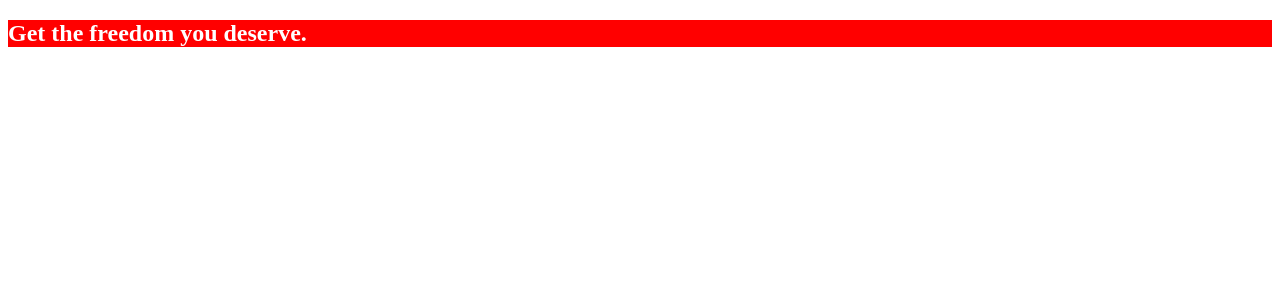
Repository: CH96SHREYA/css
Page: Lecture 1/index.html
An editor plug-in stored every save of this project. The page is shown before and after a run of saves, followed by the edit.
The browser window is 1280 px wide. The pictures show the whole page.

Above is the page before, as saved 2021-09-27 08:05:08.

After the next 2 saves:
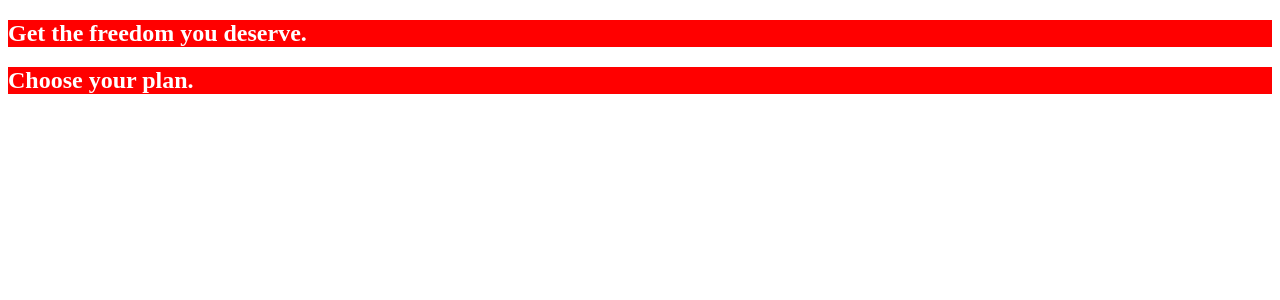
The 2 saves are shown as one change because they came seconds apart.
The last was saved 8 s later.
--- a/Lecture 1/index.html
+++ b/Lecture 1/index.html
@@ -16,7 +16,7 @@
             <h1>Get the freedom you deserve.</h1>
         </section>
         <section>
-            <h1></h1>
+            <h1>Choose your plan.</h1>
         </section>
     </main>
 </body>
